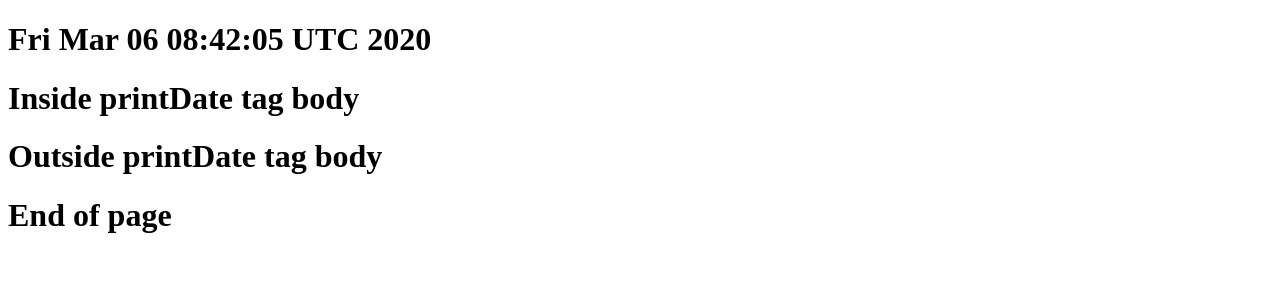
Repository: Solankinikhil/DailyWork
Page: http://localhost/CustomTag/date.jsp
An editor plug-in stored every save of this project. The page is shown before and after the next save, followed by the edit.
The browser window is 1280 px wide. The pictures show the whole page.
The page is served by Tomcat 9.

Above is the page before, as saved 2020-03-11 05:06:12.

### eclipse-workspace/CustomTag/WebContent/date.jsp
<%@ page language="java" contentType="text/html; charset=ISO-8859-1"
	pageEncoding="ISO-8859-1"%>
<%@taglib prefix="pd" uri="/WEB-INF/tlds/tagLibraryDescriptor.tld"%>
<!DOCTYPE html>
<html>
<head>
<meta charset="ISO-8859-1">
<title>Insert title here</title>
</head>
<body>
	<pd:printDate>
	<h1>Inside printDate tag body</h1>
	</pd:printDate>
	<h1>Outside printDate tag body</h1>
	<h1>End of page</h1>
</body>
</html>

### eclipse-workspace/CustomTag/src/com/cts/customTag/TagHandler.java
package com.cts.customTag;

import java.util.Date;

import javax.servlet.jsp.JspException;
import javax.servlet.jsp.JspWriter;
import javax.servlet.jsp.tagext.TagSupport;

import org.apache.jasper.runtime.JspWriterImpl;

public class TagHandler extends TagSupport {
	@Override
	public int doStartTag() throws JspException {
		System.out.println("from doStartTag()");
		JspWriter out = pageContext.getOut();
		try {
			out.write("<h1>" + new Date() + "</h1>");
		} catch (Exception e) {
			// TODO: handle exception
		}
		return EVAL_BODY_INCLUDE;
		//return SKIP_BODY;
	}

	@Override
	public int doEndTag() throws JspException {
		System.out.println("from doEndTag()");

		return EVAL_PAGE;
	}
}

After the next save:
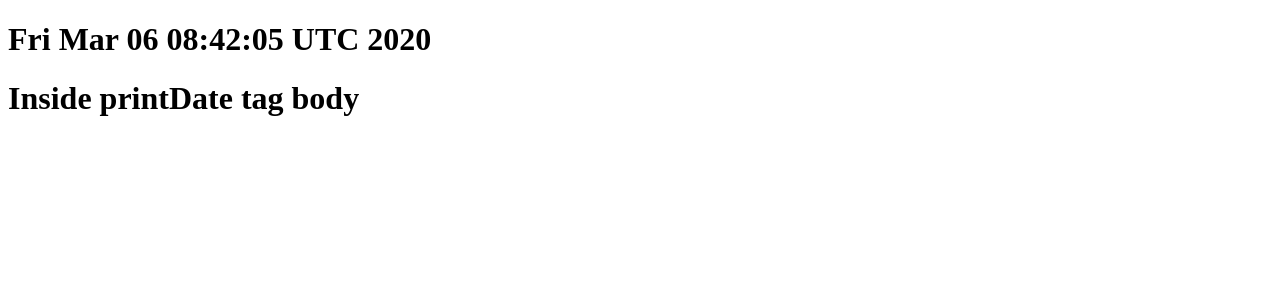
Saved 17 s later.
--- a/eclipse-workspace/CustomTag/src/com/cts/customTag/TagHandler.java
+++ b/eclipse-workspace/CustomTag/src/com/cts/customTag/TagHandler.java
@@ -25,7 +25,7 @@
 	@Override
 	public int doEndTag() throws JspException {
 		System.out.println("from doEndTag()");
-
-		return EVAL_PAGE;
+		return SKIP_PAGE;
+		//return EVAL_PAGE;
 	}
 }

After the save that followed:
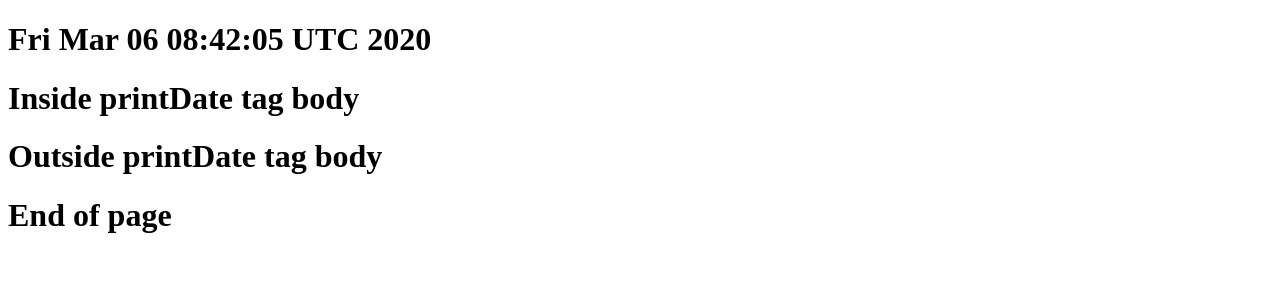
Saved 64 s later.
--- a/eclipse-workspace/CustomTag/src/com/cts/customTag/TagHandler.java
+++ b/eclipse-workspace/CustomTag/src/com/cts/customTag/TagHandler.java
@@ -25,7 +25,7 @@
 	@Override
 	public int doEndTag() throws JspException {
 		System.out.println("from doEndTag()");
-		return SKIP_PAGE;
-		//return EVAL_PAGE;
+		//return SKIP_PAGE;
+		return EVAL_PAGE;
 	}
 }
